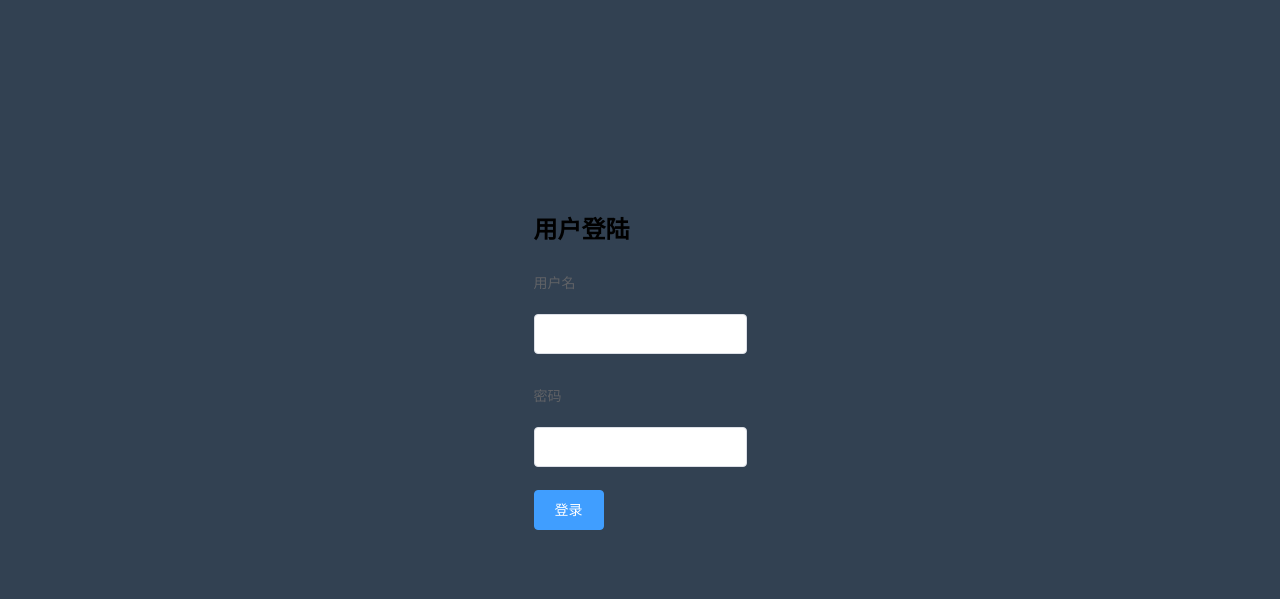
Repository: StenphonCook/mallmanger_my
Page: /#/login
These files come from the project's save history. The page is drawn as it stood at one moment and after the next save; the edit follows.
The browser window is 1280 px wide. The pictures show the whole page.
The project was rebuilt for these pictures with package versions that can differ from the ones it lists, and the page was loaded fresh each time.

Above is the page before, as saved 2022-05-18 11:11:51.

After the next save:
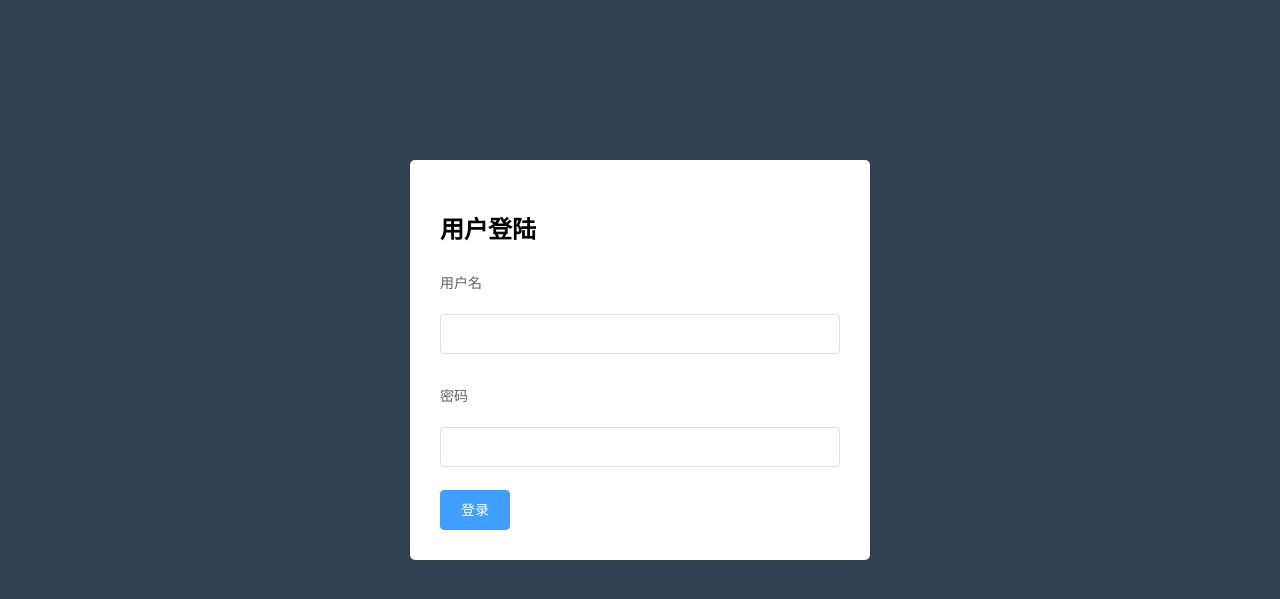
Saved 101 s later.
--- a/src/components/login/login.vue
+++ b/src/components/login/login.vue
@@ -40,4 +40,10 @@ export default {
         justify-content: center;
         align-items: center;
     }
+    .login-warp .login-form{
+        width: 400px;
+        background-color: #fff;
+        border-radius: 5px;
+        padding: 30px;
+    }
 </style>
